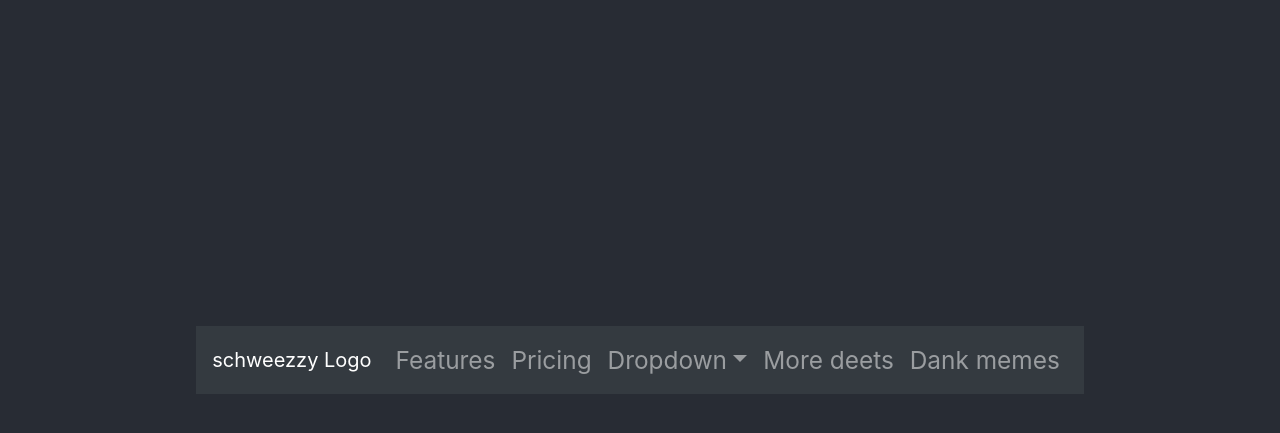
Repository: schweizercode/schweezzy
Page: /
These files come from the project's save history. The page is drawn as it stood at one moment and after the next save; the edit follows.
The browser window is 1280 px wide. The pictures show the whole page.
The project was rebuilt for these pictures with package versions that can differ from the ones it lists, and the page was loaded fresh each time.

Above is the page before, as saved 2021-04-12 16:28:38.

After the next save:
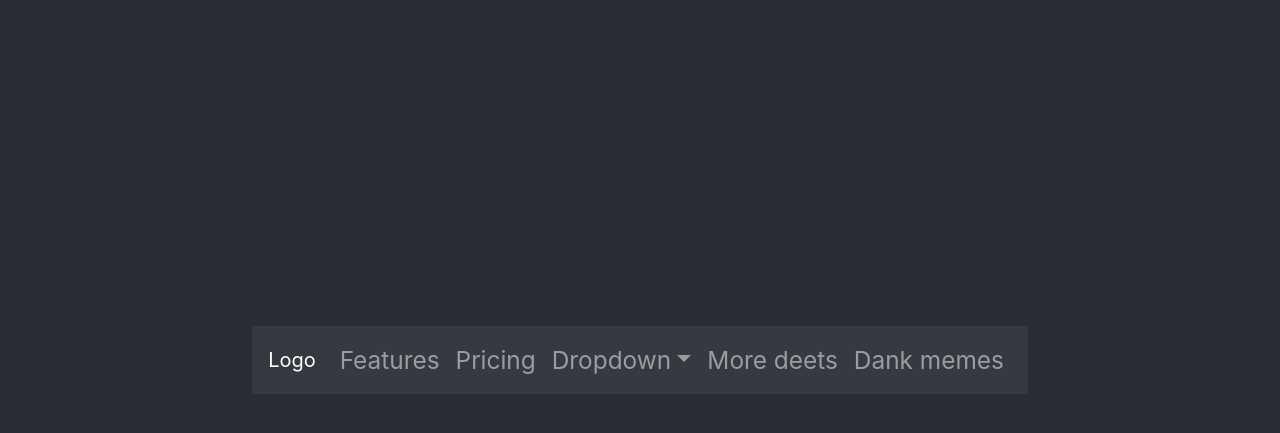
Saved 7 s later.
--- a/src/Navbar.js
+++ b/src/Navbar.js
@@ -7,7 +7,7 @@ function Nav() {
 
         <>
             <ReactBootStrap.Navbar collapseOnSelect expand="lg" bg="dark" variant="dark">
-                <ReactBootStrap.Navbar.Brand href="#home">schweezzy Logo</ReactBootStrap.Navbar.Brand>
+                <ReactBootStrap.Navbar.Brand href="#home">Logo</ReactBootStrap.Navbar.Brand>
                 <ReactBootStrap.Navbar.Toggle aria-controls="responsive-navbar-nav" />
                 <ReactBootStrap.Navbar.Collapse id="responsive-navbar-nav">
                     <ReactBootStrap.Nav className="mr-auto">
